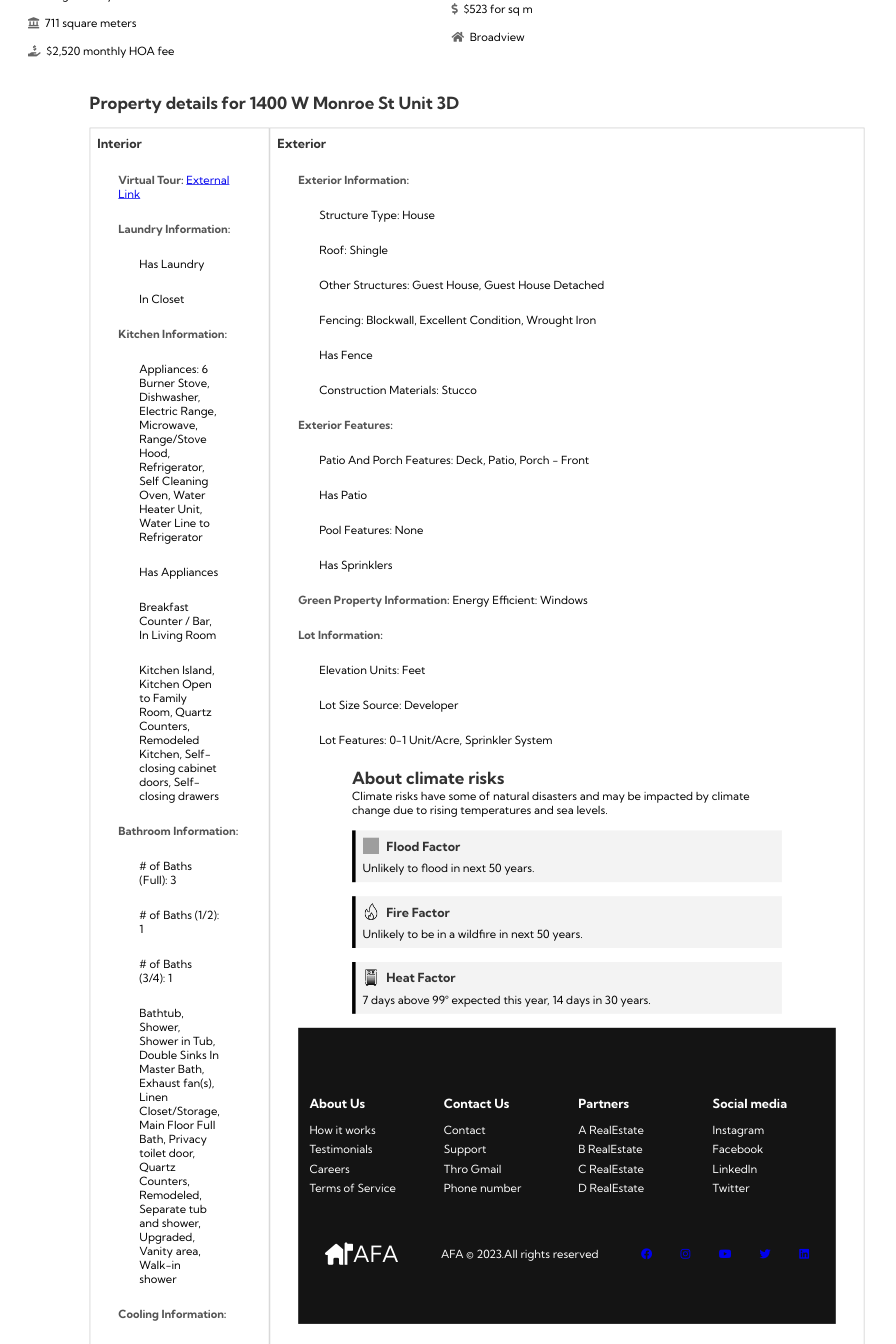
Repository: MrAllin1/ProgWWW_23_Gr1
Page: pages/House2.html
An editor plug-in stored every save of this project. The page is shown before and after the next save, followed by the edit.
The browser window is 1280 px wide. The pictures show the part of the page from y = 1036 to 2956 px (the page is 4713 px tall before and 4393 px after), at 70% of full size.
Pictures or frames that could not be fetched are drawn as grey boxes. A picture or video elsewhere on the page could not be fetched, so the positions and the page height are approximate. Some web libraries are served in a nearby version.

Above is the page before, as saved 2024-01-11 10:31:02.

### pages/House2.html
<!DOCTYPE html>
<html lang="en">
<head>
    <meta charset="UTF-8">
    <meta name="viewport" content="width=device-width, initial-scale=1.0">
    <link rel="stylesheet" type="text/css" href="../pages/stylesForHouse.css">
    <script src="https://kit.fontawesome.com/186711ed6a.js" crossorigin="anonymous"></script>
    <link rel="preconnect" href="https://fonts.googleapis.com">
    <link rel="preconnect" href="https://fonts.gstatic.com" crossorigin>
    <link href="https://fonts.googleapis.com/css2?family=Kumbh+Sans:wght@400;700&display=swap" rel="stylesheet">
    <link rel="stylesheet" href="https://cdnjs.cloudflare.com/ajax/libs/font-awesome/5.15.4/css/all.min.css">
    <title>House on Seattle</title>
</head>
<body>
    <nav class="navbar">
        <div class="navbar_container">
            <a href="/" id="navbar_logo"> <i class="fas fa-house-flag"></i>AFA</a>
            <div class="navbar_toggle" id="mobile-menu">
                <span class="bar"></span>
                <span class="bar"></span>
                <span class="bar"></span>
            </div>
            <ul class="navbar_menu">
                <li class="navbar_item">
                    <a href="#home" class="navbar_link">Home</a>
                </li>
                <li class="navbar_item">
                    <a href="#services" class="navbar_link">Services</a>
                </li>
                <li class="navbar_item">
                    <a href="/pages/BuyRent.html" class="navbar_link">Buy/Rent</a>
                </li>
                <li class="navbar_item">
                    <a href="/pages/sell.html" class="navbar_link">Sell</a>
                </li>
                <li class="navbar_btn">
                    <a href="/pages/signUp.html" class="button">Sign Up</a>
                </li>
            </ul>
        </div>
    </nav>
    <div class="gallery-container">
        <h1>Welcome to the Seattle, WA 98177 House</h1> </br>
        <a href="https://www.google.com/maps/place/6550+W+84th+St,+Los+Angeles,+CA+90045" target="_blank" class="services_link">6550 W 84th St, Los Angeles, CA 90045</a>
        <p>$2,399,000</p>
        <span>263 square meters</span>
        <div class="gallery">
            <img src="/images/House_3/item_1.jpg" alt="Image 1" />
            <img src="/images/House_3/item_2.jpg" alt="Image 2" />
            <img src="/images/House_3/item_3.jpg" alt="Image 3" />
            <img src="/images/House_3/item_4.jpg" alt="Image 4" />
            <img src="/images/House_3/item_5.jpg" alt="Image 5" />
            <img src="/images/House_3/item_6.jpg" alt="Image 6" />
            <img src="/images/House_3/item_7.jpg" alt="Image 7" />
            <img src="/images/House_3/item_8.jpg" alt="Image 8" />
            <img src="/images/House_3/item_9.jpg" alt="Image 9" />
            <img src="/images/House_3/item_10.jpg" alt="Image 10" />
            <img src="/images/House_3/item_11.jpg" alt="Image 11" />
            <img src="/images/House_3/item_12.jpg" alt="Image 12" />
            <img src="/images/House_3/item_13.jpg" alt="Image 13" />
            <img src="/images/House_3/item_14.jpg" alt="Image 14" />
            <img src="/images/House_3/item_15.jpg" alt="Image 15" />
            <img src="/images/House_3/item_16.jpg" alt="Image 16" />
            <img src="/images/House_3/item_17.jpg" alt="Image 17" />
            <img src="/images/House_3/item_18.jpg" alt="Image 18" />
            <img src="/images/House_3/item_19.jpg" alt="Image 19" />
            <img src="/images/House_3/item_20.jpg" alt="Image 20" />
            <img src="/images/House_3/item_21.jpg" alt="Image 21" />
            <img src="/images/House_3/item_22.jpg" alt="Image 22" />
            <img src="/images/House_3/item_23.jpg" alt="Image 23" />
            <img src="/images/House_3/item_24.jpg" alt="Image 24" />
            <img src="/images/House_3/item_25.jpg" alt="Image 25" />
            <img src="/images/House_3/item_26.jpg" alt="Image 26" />
            <img src="/images/House_3/item_27.jpg" alt="Image 27" />
            <img src="/images/House_3/item_28.jpg" alt="Image 28" />
            <img src="/images/House_3/item_29.jpg" alt="Image 29" />
            <img src="/images/House_3/item_30.jpg" alt="Image 30" />
            <img src="/images/House_3/item_31.jpg" alt="Image 31" />
            <img src="/images/House_3/item_32.jpg" alt="Image 32" />
            <img src="/images/House_3/item_33.jpg" alt="Image 33" />
            <img src="/images/House_3/item_34.jpg" alt="Image 34" />
            <img src="/images/House_3/item_35.jpg" alt="Image 35" />
            <img src="/images/House_3/item_36.jpg" alt="Image 36" />
            <img src="/images/House_3/item_37.jpg" alt="Image 37" />
            <img src="/images/House_3/item_38.jpg" alt="Image 38" />
            <img src="/images/House_3/item_39.jpg" alt="Image 39" />
            <img src="/images/House_3/item_40.jpg" alt="Image 40" />
            <img src="/images/House_3/item_41.jpg" alt="Image 41" />
            <img src="/images/House_3/item_42.jpg" alt="Image 42" />

</div>

          <button class="arrow-button left">&#8249;</button>
          <button class="arrow-button right">&#8250;</button>
          <p><strong> About this home</strong></br> Lovely Puget Sound and Olympic Mountain views in this well-maintained Broadview home! Ready for your personal touches, this spacious home has hardwood flooring, huge windows for enjoying the stunning water views, kitchen with breakfast bar, sunny dining area, and 2 large living spaces, each with a cozy fireplace. Plenty of room for everyone with 4 good sized bedrooms, and a versatile layout. Head outside to the spacious deck with water views, and down below a fenced yard with a patio, and built-in raised garden beds. Just steps from Carkeek Park & Beach, easy access to I-5, and located near plenty of restaurants, shops, & more. Don't miss out on this opportunity to be a part of the Broadview Community!</p>
    </div>
</br>
    <div class="property-features">
      <div class="feature">
        <i class="far fa-clock"></i> 5 days on AFA
      </div>
      <div class="feature">
        <i class="fas fa-warehouse"></i> Has garage
      </div>
      <div class="feature">
        <i class="fas fa-home"></i> Single family
      </div>
      <div class="feature">
        <i class="fas fa-landmark"></i> 711 square meters
      </div>
      <div class="feature">
        <i class="fas fa-hand-holding-usd"></i> $2,520 monthly HOA fee
      </div>
      <div class="feature">
        <i class="fas fa-tools"></i> Built in 2005
      </div>
      <div class="feature">
        <i class="fas fa-map-marker-alt"></i> Seattle
      </div>
      <div class="feature">
        <i class="fas fa-soap"></i>In-unit laundry (washer and dryer)
      </div>
      <div class="feature">
        <i class="fas fa-dollar-sign"></i> $523 for sq m
    </div>
      <div class="feature">
        <i class="fas fa-home"></i> Broadview
      </div>
    </div>

    <div class="container">
        <h1>Property details for 1400 W Monroe St Unit 3D</h1>

        <div class="details">
            <div class="section">
                <h2>Interior</h2>
                <ul>
                    <li><strong>Virtual Tour:</strong> <a href="#">External Link</a></li>
                    <li><strong>Laundry Information:</strong><br>
                        <ul>
                            <li>Has Laundry</li>
                            <li>In Closet</li>
                        </ul>
                    </li>
                    <li><strong>Kitchen Information:</strong><br>
                        <ul>
                            <li>Appliances: 6 Burner Stove, Dishwasher, Electric Range, Microwave, Range/Stove Hood, Refrigerator, Self Cleaning Oven, Water Heater Unit, Water Line to Refrigerator</li>
                            <li>Has Appliances</li>
                            <li>Breakfast Counter / Bar, In Living Room</li>
                            <li>Kitchen Island, Kitchen Open to Family Room, Quartz Counters, Remodeled Kitchen, Self-closing cabinet doors, Self-closing drawers</li>
                        </ul>
                    </li>
                    <li><strong>Bathroom Information:</strong><br>
                        <ul>
                            <li># of Baths (Full): 3</li>
                            <li># of Baths (1/2): 1</li>
                            <li># of Baths (3/4): 1</li>
                            <li>Bathtub, Shower, Shower in Tub, Double Sinks In Master Bath, Exhaust fan(s), Linen Closet/Storage, Main Floor Full Bath, Privacy toilet door, Quartz Counters, Remodeled, Separate tub and shower, Upgraded, Vanity area, Walk-in shower</li>
                        </ul>
                    </li>
                    <li><strong>Cooling Information:</strong><br>
                        <ul>
                            <li>Central, Ductless</li>
                            <li>Has Cooling</li>
                        </ul>
                    </li>
                    <li><strong>Room Information:</strong><br>
                        <ul>
                            <li>Den, Guest/Maid's Quarters, Kitchen, Laundry, Living Room, Main Floor Bedroom, Main Floor Primary Bedroom, Primary Bathroom, Primary Bedroom, Primary Suite, Office, Walk-In Closet</li>
                        </ul>
                    </li>
                    <li><strong>Flooring Information:</strong> Laminated</li>
                    <li><strong>Heating Information:</strong><br>
                        <ul>
                            <li>Ductless, Forced Air</li>
                            <li>Has Heating</li>
                        </ul>
                    </li>
                    <li><strong>Interior Features:</strong><br>
                        <ul>
                            <li>Entry Level: 1</li>
                            <li>Entry Location: 1</li>
                            <li>Balcony, Cathedral-Vaulted Ceilings, Ceiling Fan, High Ceilings (9 Feet+), In-Law Floorplan, Open Floor Plan, Quartz Counters, Recessed Lighting</li>
                            <li>Levels: One, Two</li>
                            <li>Main Level Bathrooms: 3</li>
                            <li>Main Level Bedrooms: 5</li>
                            <li>Security Features: Carbon Monoxide Detector(s), Smoke Detector</li>
                            <li>Window Features: Double Pane Windows</li>
                        </ul>
                    </li>
                </ul>
            </div>
            <div class="section">
                <h2>Exterior</h2>
                <ul>
                    <li><strong>Exterior Information:</strong><br>
                        <ul>
                            <li>Structure Type: House</li>
                            <li>Roof: Shingle</li>
                            <li>Other Structures: Guest House, Guest House Detached</li>
                            <li>Fencing: Blockwall, Excellent Condition, Wrought Iron</li>
                            <li>Has Fence</li>
                            <li>Construction Materials: Stucco</li>
                        </ul>
                    </li>
                    <li><strong>Exterior Features:</strong><br>
                        <ul>
                            <li>Patio And Porch Features: Deck, Patio, Porch - Front</li>
                            <li>Has Patio</li>
                            <li>Pool Features: None</li>
                            <li>Has Sprinklers</li>
                        </ul>
                    </li>
                    <li><strong>Green Property Information:</strong> Energy Efficient: Windows</li>
                    <li><strong>Lot Information:</strong><br>
                        <ul>
                            <li>Elevation Units: Feet</li>
                            <li>Lot Size Source: Developer</li>
                            <li>Lot Features: 0-1 Unit/Acre, Sprinkler System</li>

      <div class="container">
        <h1>About climate risks</h1>
        <p>Climate risks have some of natural disasters and may be impacted by climate change due to rising temperatures and sea levels.</p>

        <div class="risk-factor" id="floodRisk">
            <h2>Flood Factor</h2>
            <p>Unlikely to flood in next 50 years.</p>
        </div>

        <div class="risk-factor" id="fireRisk">
            <h2>Fire Factor</h2>
            <p>Unlikely to be in a wildfire in next 50 years.</p>
        </div>

        <div class="risk-factor" id="heatRisk">
            <h2>Heat Factor</h2>
            <p>7 days above 99° expected this year, 14 days in 30 years.</p>
        </div>
    </div>
    <div class="footer_container">
        <div class="footer_links">
            <div class="footer_link-wrapper">
                <div class="footer_link-items">
                    <h2>About Us</h2>
                    <a href="/">How it works</a>
                    <a href="/">Testimonials</a>
                    <a href="/">Careers</a>
                    <a href="/">Terms of Service</a>
                </div>
                <div class="footer_link-items">
                    <h2>Contact Us</h2>
                    <a href="/">Contact</a>
                    <a href="/">Support</a>
                    <a href="/">Thro Gmail</a>
                    <a href="/">Phone number</a>
                </div>
            </div>
            <div class="footer_link-wrapper">
                <div class="footer_link-items">
                    <h2>Partners</h2>
                    <a href="/">A RealEstate</a>
                    <a href="/">B RealEstate</a>
                    <a href="/">C RealEstate</a>
                    <a href="/">D RealEstate</a>
                </div>
                <div class="footer_link-items">
                    <h2>Social media</h2>
                    <a href="https://www.instagram.com" target="_blank">Instagram</a>
                    <a href="https://www.facebook.com" target="_blank">Facebook</a>
                    <a href="https://www.linkedin.com" target="_blank">LinkedIn</a>
                    <a href="https://www.twitter.com" target="_blank">Twitter</a>
                </div>
            </div>
        </div>
        <div class="social_media">
            <div class="social_media-wrap">
                <div class="footer_logo">
                    <a href="/" id="footer_logo"> <i class="fas fa-house-flag"></i>AFA</a>
                </div>
                <p class="website_rights">AFA © 2023.All rights reserved</p>
                <div class="social_icons">
                    <a href="/" class="social_icon_link" target="_blank"><i class="fab fa-facebook"></i></a>
                    <a href="https://www.instagram.com" class="social_icon_link" target="_blank"><i class="fab fa-instagram"></i></a>
                    <a href="https://www.facebook.com" class="social_icon_link" target="_blank"><i class="fab fa-youtube"></i></a>
                    <a href="https://www.twitter.com" class="social_icon_link" target="_blank"><i class="fab fa-twitter"></i></a>
                    <a href="https://www.linkedin.com" class="social_icon_link" target="_blank"><i class="fab fa-linkedin"></i></a>
                </div>
            </div>
        </div>
    </div>

    <script src="../app.js"></script>

</body>
</html>

Loaded but not shown: app.js (155 lines, source omitted); pages/stylesForHouse.css (787 lines, source omitted)

After the next save:
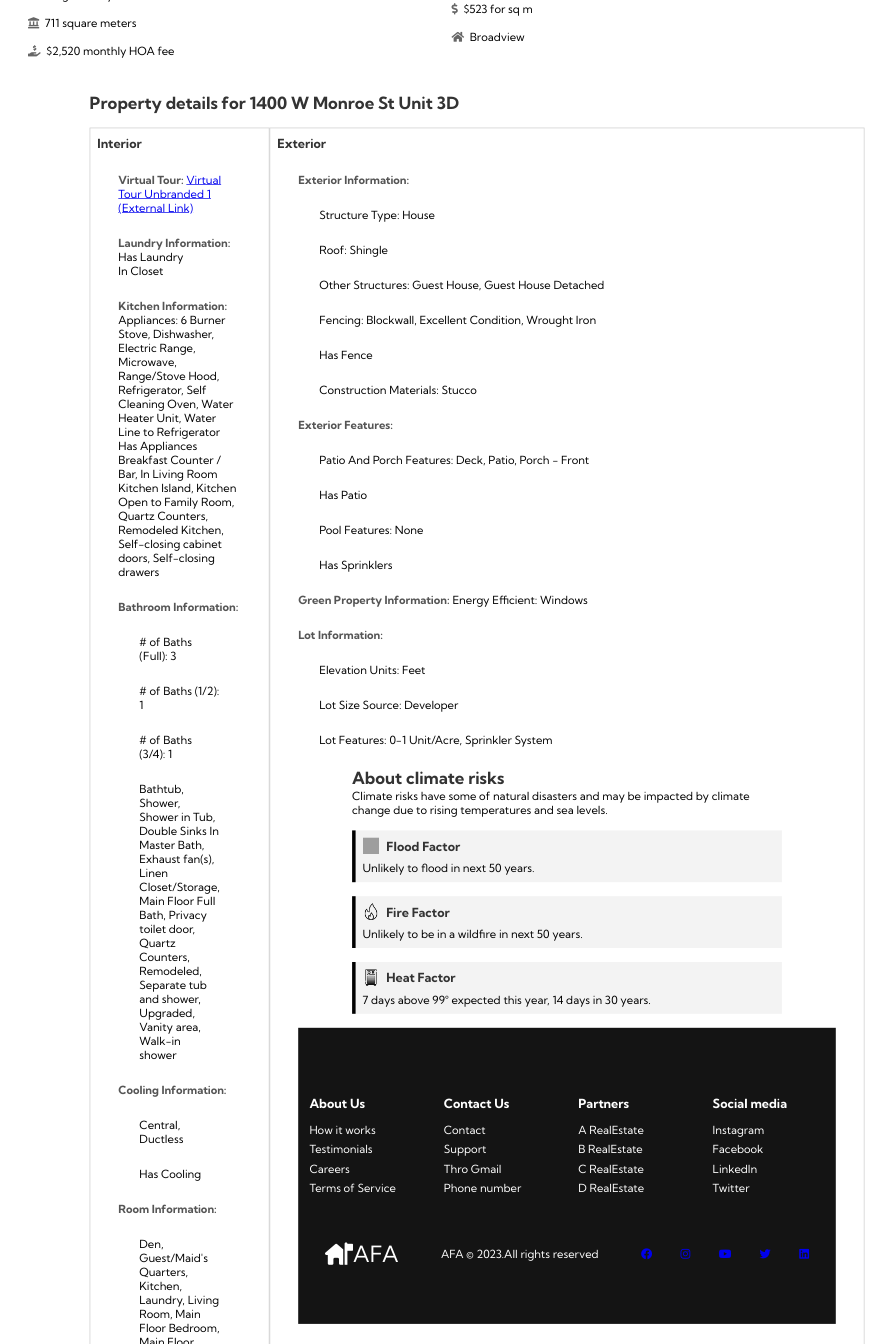
Saved 5 min 49 s later.
--- a/pages/House2.html
+++ b/pages/House2.html
@@ -135,20 +135,9 @@
             <div class="section">
                 <h2>Interior</h2>
                 <ul>
-                    <li><strong>Virtual Tour:</strong> <a href="#">External Link</a></li>
-                    <li><strong>Laundry Information:</strong><br>
-                        <ul>
-                            <li>Has Laundry</li>
-                            <li>In Closet</li>
-                        </ul>
-                    </li>
-                    <li><strong>Kitchen Information:</strong><br>
-                        <ul>
-                            <li>Appliances: 6 Burner Stove, Dishwasher, Electric Range, Microwave, Range/Stove Hood, Refrigerator, Self Cleaning Oven, Water Heater Unit, Water Line to Refrigerator</li>
-                            <li>Has Appliances</li>
-                            <li>Breakfast Counter / Bar, In Living Room</li>
-                            <li>Kitchen Island, Kitchen Open to Family Room, Quartz Counters, Remodeled Kitchen, Self-closing cabinet doors, Self-closing drawers</li>
-                        </ul>
+                    <li><strong>Virtual Tour:</strong> <a href="https://tours.tourfactory.com/tours/tour.asp?t=3083424&idx=1"target="_blank" rel="noopener noreferrer">Virtual Tour Unbranded 1 (External Link)</a></li>
+                    <li><strong>Laundry Information:</strong><br>Has Laundry</br>In Closet</li>
+                    <li><strong>Kitchen Information:</strong><br>Appliances: 6 Burner Stove, Dishwasher, Electric Range, Microwave, Range/Stove Hood, Refrigerator, Self Cleaning Oven, Water Heater Unit, Water Line to Refrigerator<br>Has Appliances<br>Breakfast Counter / Bar, In Living Room<br>Kitchen Island, Kitchen Open to Family Room, Quartz Counters, Remodeled Kitchen, Self-closing cabinet doors, Self-closing drawers</li>
                     </li>
                     <li><strong>Bathroom Information:</strong><br>
                         <ul>
